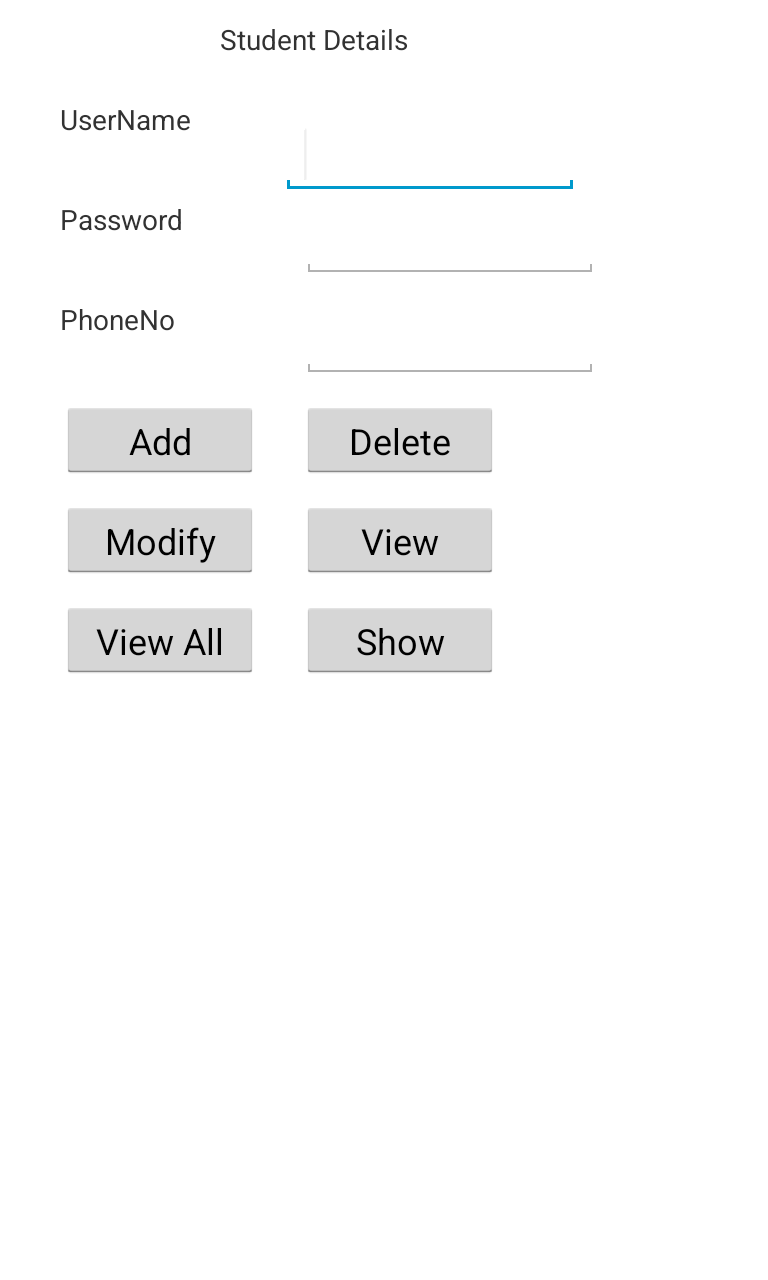
Repository: AungWinnHtut/Android
Layout: mywork1/com.engineer4myanmar.sundaynaungtest.MainActivity/res/layout/activity_main.xml
These files come from the project's save history. The layout is drawn as it stood at one moment and after the next save; the edit follows.
It is drawn on a 768 x 1280 px phone screen (xhdpi) without system bars, with theme AppTheme; the app's code is not run.

Above is the layout before, as saved 2015-07-12 05:35:25.

After the next save:
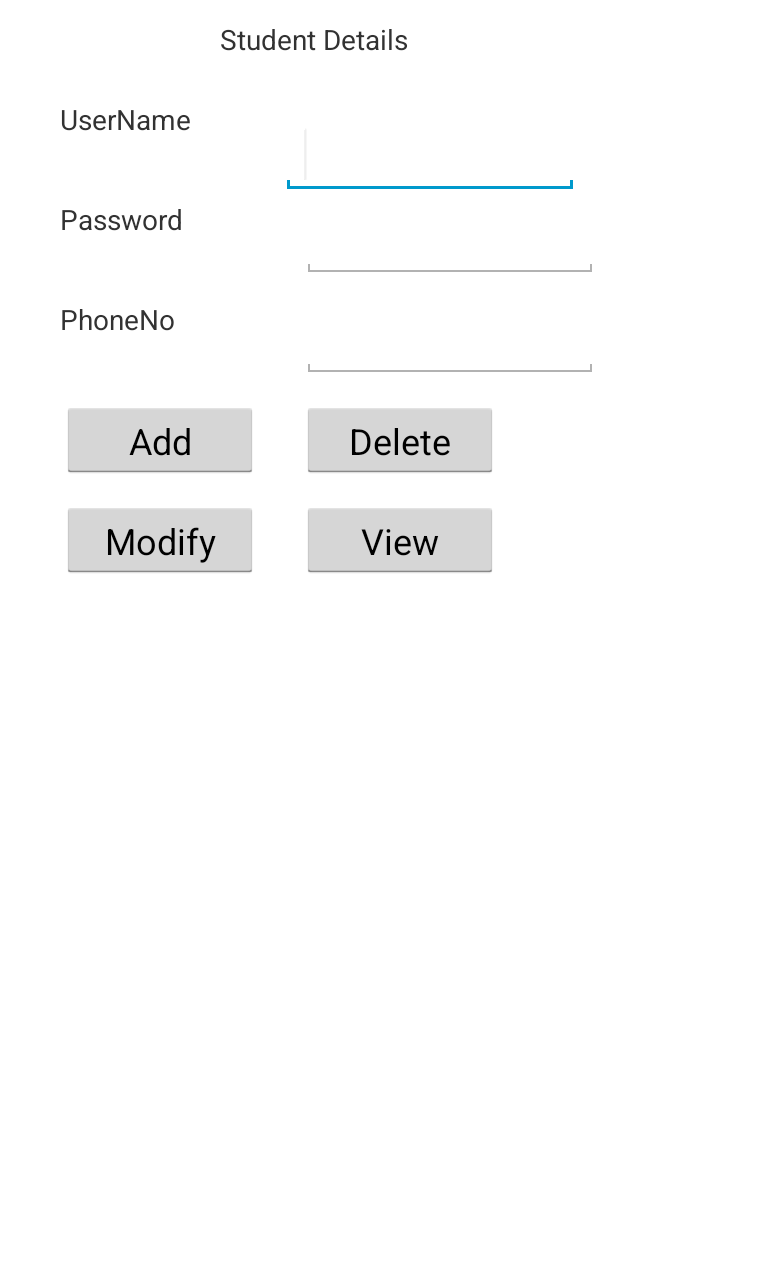
Saved 14 s later.
--- a/mywork1/com.engineer4myanmar.sundaynaungtest.MainActivity/res/layout/activity_main.xml
+++ b/mywork1/com.engineer4myanmar.sundaynaungtest.MainActivity/res/layout/activity_main.xml
@@ -60,18 +60,6 @@
 				  android:layout_y="250dp"
 		          android:layout_width="100dp"
 		          android:layout_height="40dp"/>
-		<Button   android:id="@+id/btnViewAll"
-				  android:text="@string/view_all"
-				  android:layout_x="30dp"
-				  android:layout_y="300dp"
-		          android:layout_width="100dp"
-		          android:layout_height="40dp"/>
-		<Button   android:id="@+id/btnShowInfo"
-				  android:text="@string/show_info"
-				  android:layout_x="150dp"
-				  android:layout_y="300dp"
-		          android:layout_width="100dp"
-		          android:layout_height="40dp"/>
 
 		<EditText
 		    android:id="@+id/editRollno"
